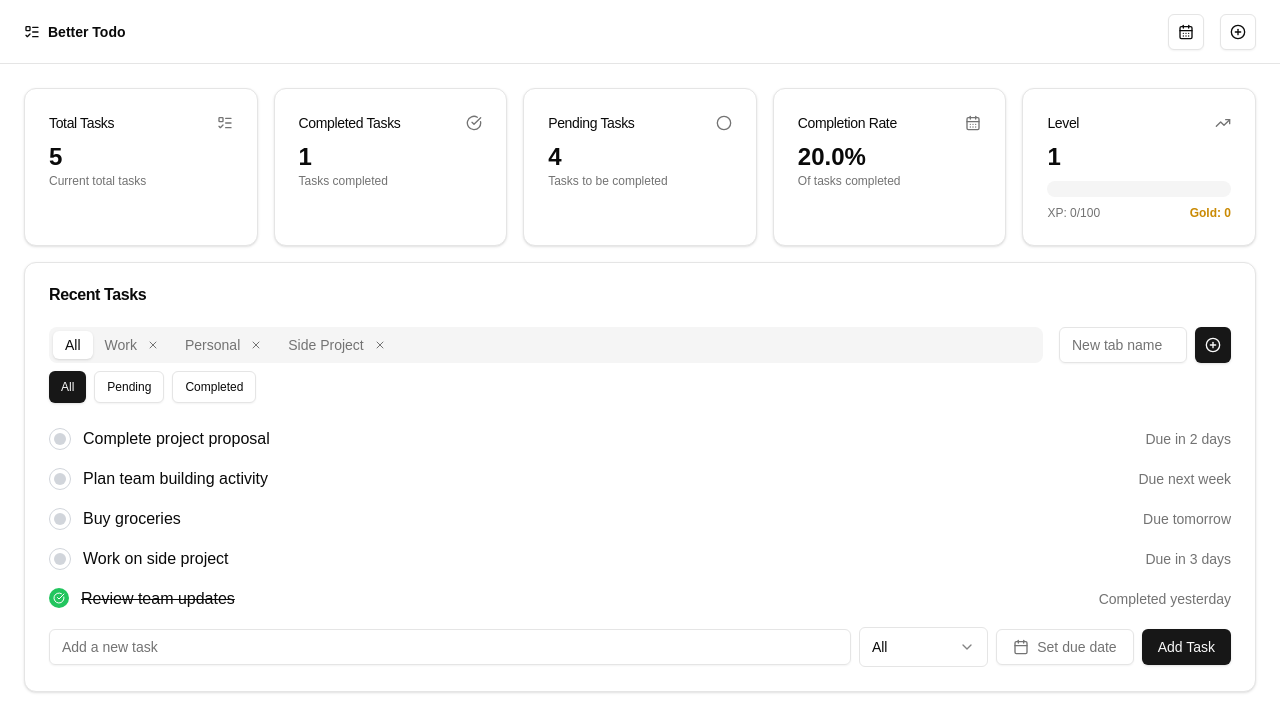
Repository: malikbarbier7/better-todo
Page: /dashboard
These files come from the project's save history. The page is drawn as it stood at one moment and after the next save; the edit follows.
The browser window is 1280 px wide. The pictures show the whole page.
The project was rebuilt for these pictures with package versions that can differ from the ones it lists, and the page was loaded fresh each time. The framework's server and built-in components were replaced by stand-ins that run in the browser. Also part of the build but not shown: next.config.js, next.config.mjs, components/ui/calendar.tsx.

Above is the page before, as saved 2024-10-04 13:28:53.

After the next save:
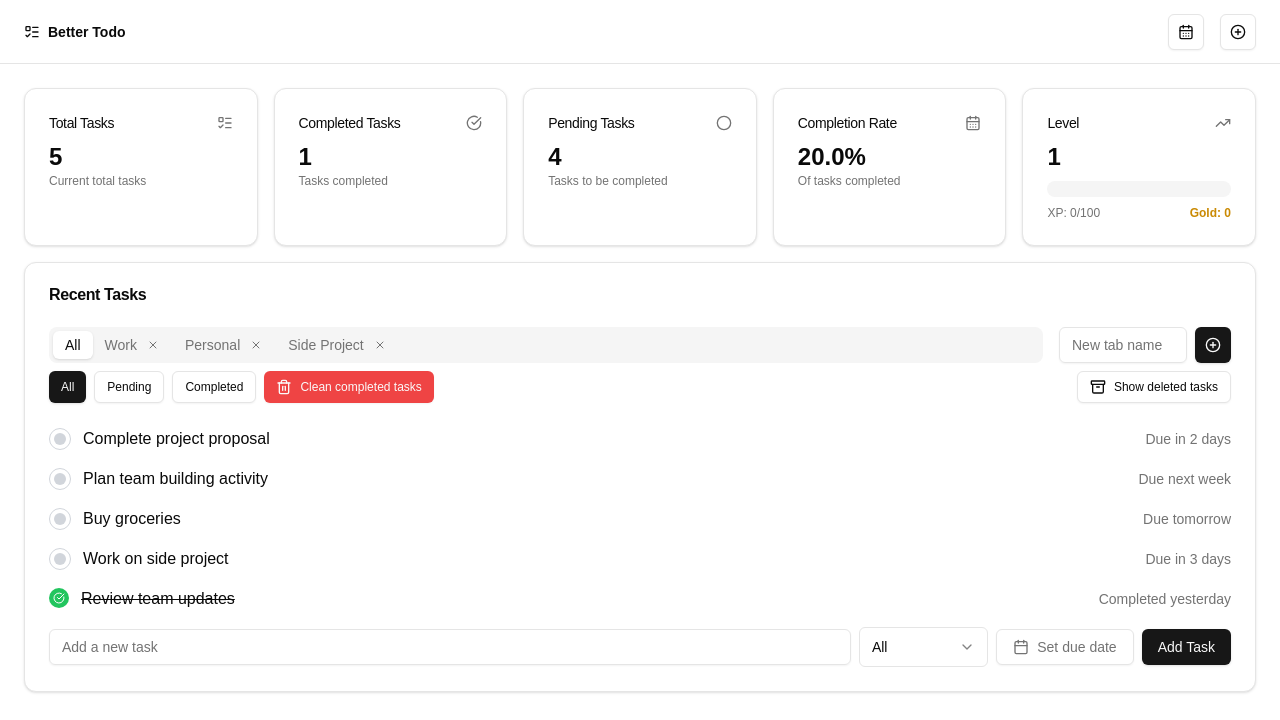
Saved 3 min 29 s later.
--- a/components/dashboard.tsx
+++ b/components/dashboard.tsx
@@ -5,7 +5,7 @@ import { Button } from "@/components/ui/button"
 import { Card, CardContent, CardHeader, CardTitle } from "@/components/ui/card"
 import { Input } from "@/components/ui/input"
 import { Tabs, TabsContent, TabsList, TabsTrigger } from "@/components/ui/tabs"
-import { CalendarDays, CheckCircle, Circle, ListTodo, PlusCircle, X, ChevronDown, TrendingUp, Calendar as CalendarIcon } from "lucide-react"
+import { CalendarDays, CheckCircle, Circle, ListTodo, PlusCircle, X, ChevronDown, TrendingUp, Calendar as CalendarIcon, Trash2, Archive } from "lucide-react"
 import { Progress } from "@/components/ui/progress"
 import {
   Select,
@@ -55,6 +55,8 @@ export function Dashboard() {
   const [level, setLevel] = React.useState(1)
   const [xp, setXp] = React.useState(0)
   const [gold, setGold] = React.useState(0)
+  const [deletedTasks, setDeletedTasks] = React.useState<Task[]>([])
+  const [showDeletedTasks, setShowDeletedTasks] = React.useState(false)
 
   const handleAddTab = () => {
     if (newTabName && !tabs.includes(newTabName)) {
@@ -167,7 +169,30 @@ export function Dashboard() {
   // Calculer le taux de complétion
   const completionRate = totalTasks > 0 ? ((completedTasks / totalTasks) * 100).toFixed(1) : '0.0';
 
+  const cleanCompletedTasks = () => {
+    setTasks(prevTasks => {
+      const updatedTasks = { ...prevTasks };
+      const newDeletedTasks: Task[] = [];
+
+      for (const category in updatedTasks) {
+        updatedTasks[category] = updatedTasks[category].filter(task => {
+          if (task.status === 'completed') {
+            newDeletedTasks.push(task);
+            return false;
+          }
+          return true;
+        });
+      }
+
+      setDeletedTasks(prev => [...prev, ...newDeletedTasks]);
+      return updatedTasks;
+    });
+  };
+
   const filteredTasks = React.useMemo(() => {
+    if (showDeletedTasks) {
+      return deletedTasks;
+    }
     return (tasks[activeTab] || [])
       .filter(task => {
         if (taskFilter === 'all') return true;
@@ -176,12 +201,11 @@ export function Dashboard() {
         return true;
       })
       .sort((a, b) => {
-        // Trier les tâches : pendantes en haut, complétées en bas
         if (a.status === 'pending' && b.status === 'completed') return -1;
         if (a.status === 'completed' && b.status === 'pending') return 1;
         return 0;
       });
-  }, [tasks, activeTab, taskFilter]);
+  }, [tasks, activeTab, taskFilter, deletedTasks, showDeletedTasks]);
 
   // Mettre à jour newTaskSpace quand activeTab change
   React.useEffect(() => {
@@ -274,7 +298,7 @@ export function Dashboard() {
           <CardContent>
             <Tabs value={activeTab} onValueChange={(value) => {
               setActiveTab(value);
-              setNewTaskSpace(value); // Mettre à jour newTaskSpace ici aussi
+              setNewTaskSpace(value);
             }} className="w-full">
               <div className="flex flex-col">
                 <div className="mb-4">
@@ -311,28 +335,55 @@ export function Dashboard() {
                       </Button>
                     </div>
                   </div>
-                  <div className="flex justify-start mt-2">
+                  <div className="flex justify-start mt-2 items-center">
                     <div className="flex items-center space-x-2">
                       <Button
                         size="sm"
                         variant={taskFilter === 'all' ? 'default' : 'outline'}
-                        onClick={() => setTaskFilter('all')}
+                        onClick={() => {
+                          setTaskFilter('all')
+                          setShowDeletedTasks(false)
+                        }}
                       >
                         All
                       </Button>
                       <Button
                         size="sm"
                         variant={taskFilter === 'pending' ? 'default' : 'outline'}
-                        onClick={() => setTaskFilter('pending')}
+                        onClick={() => {
+                          setTaskFilter('pending')
+                          setShowDeletedTasks(false)
+                        }}
                       >
                         Pending
                       </Button>
                       <Button
                         size="sm"
                         variant={taskFilter === 'completed' ? 'default' : 'outline'}
-                        onClick={() => setTaskFilter('completed')}
+                        onClick={() => {
+                          setTaskFilter('completed')
+                          setShowDeletedTasks(false)
+                        }}
                       >
                         Completed
+                      </Button>
+                      <Button
+                        size="sm"
+                        variant="destructive"
+                        onClick={cleanCompletedTasks}
+                      >
+                        <Trash2 className="w-4 h-4 mr-2" />
+                        Clean completed tasks
+                      </Button>
+                    </div>
+                    <div className="ml-auto">
+                      <Button
+                        size="sm"
+                        variant="outline"
+                        onClick={() => setShowDeletedTasks(!showDeletedTasks)}
+                      >
+                        <Archive className="w-4 h-4 mr-2" />
+                        {showDeletedTasks ? 'Hide' : 'Show'} deleted tasks
                       </Button>
                     </div>
                   </div>
